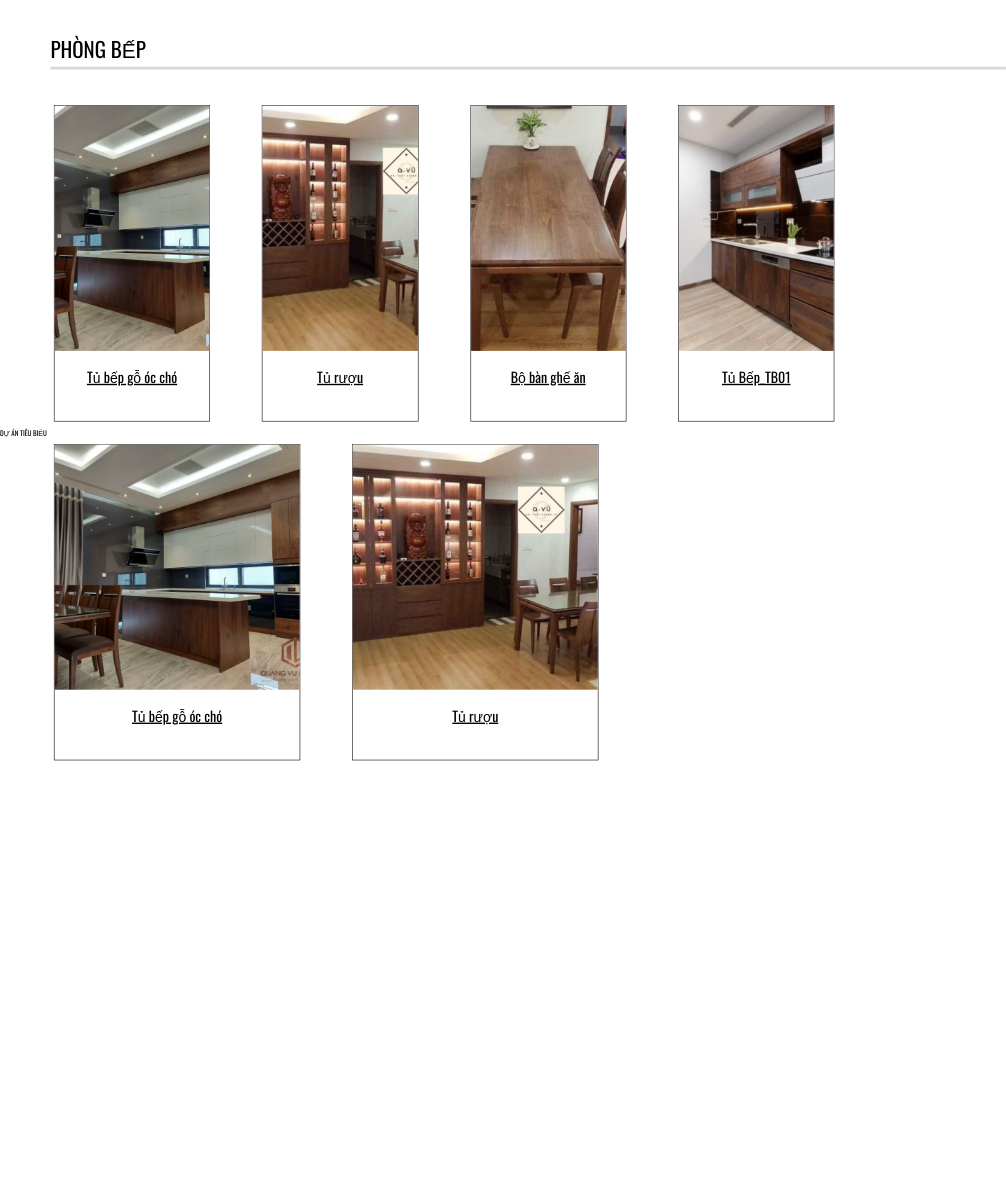
Repository: KHANHD192/FigmaTo-HTML
Page: APP-SHOP/index.html
An editor plug-in stored every save of this project. The page is shown before and after the next save, followed by the edit.
The browser window is 1280 px wide. The page is 1437 px wide, so the pictures cover 1437 px, including what lies to the right of the window. The pictures show the part of the page from y = 1725 to 3445 px (the page is 4376 px tall), at 70% of full size.

Above is the page before, as saved 2022-11-21 17:05:38.

### APP-SHOP/index.html
<!DOCTYPE html>
<html lang="en">
<head>
    <meta charset="UTF-8">
    <meta http-equiv="X-UA-Compatible" content="IE=edge">
    <meta name="viewport" content="width=device-width, initial-scale=1.0">
    <title>APP-SHOP</title>
    <link rel="stylesheet" href="https://cdnjs.cloudflare.com/ajax/libs/normalize/8.0.1/normalize.min.css" integrity="sha512-NhSC1YmyruXifcj/KFRWoC561YpHpc5Jtzgvbuzx5VozKpWvQ+4nXhPdFgmx8xqexRcpAglTj9sIBWINXa8x5w==" crossorigin="anonymous" referrerpolicy="no-referrer" />
    <link rel="stylesheet" href="./asset/Css_main/base.css">
    <link rel="stylesheet" href="./asset/Css_main/main.css">
    <link rel="preconnect" href="https://fonts.googleapis.com">
     <link rel="preconnect" href="https://fonts.gstatic.com" crossorigin>
</head>
<body>
    <div class="app">
         <header class="app__header">
                 <div class="header__nav-bar">
                    <ul class="nav-bar__item">
                        <li>
                            <a href="./index.html" class="nav-bar__item-link">Trang chủ</a>
                        </li>
                        <li>
                            <a href="#" class="nav-bar__item-link">Sản phẩm</a>
                        </li>
                        <li>
                            <a href="./ctdtc.html" class="nav-bar__item-link">Công trình đã thi công</a>
                        </li>
                        <li>
                            <a href="./tintuc.html" class="nav-bar__item-link">Tin tức</a>
                        </li>
                    </ul>
                    <ul class="nav-bar__icon">
                        <li>
                            <img src="./asset/IMG/image 3.png" alt="" class="logo">
                        </li>
                        <li>
                            <img src="./asset/IMG/image 2.png" alt="" class="logo">
                        </li>
                    </ul>
                 </div>
                 <div class="header__background">
                     <img src="./asset/IMG/image 4.png" alt="background">
                 </div>
         </header>
     <div class="app__container">
        <div class="container__collect">
            <div class="collect1">
                <h2 class="title">PHÒNG KHÁCH / SOFA GỖ</h2>
                <ul class="list__item">
                    <li>
                        <div class="wrap__image">
                            <img src="./asset/IMG/image 5.png" alt="" class="item__image">
                        </div>
                        <a href="https://noithatquangvu.vn/san-pham/sofa-go-3/" class="item__image-link">Sofa gỗ 03</a>
                    </li>
                    <li>
                          <div class="wrap__image">
                            <img src="./asset/IMG/image 5 (1).png" alt="" class="item__image">
                          </div>
                        <a href="https://noithatquangvu.vn/san-pham/sofa-go/" class="item__image-link">Sofa gỗ</a>
                    </li>
                    <li>
                         <div class="wrap__image">
                            <img src="./asset/IMG/image 6.png" alt="" class="item__image">
                         </div>
                        <a href="https://noithatquangvu.vn/san-pham/sofa-go-chu-l/" class="item__image-link">Sofa gỗ chữ L</a>
                    </li>
                    <li>
                       <div class="wrap__image">
                        <img src="./asset/IMG/image 6 (1).png" alt="" class="item__image">
                       </div>
                        <a href="https://noithatquangvu.vn/san-pham/bo-sofa-go-oc-cho-ms10/" class="item__image-link">Bộ sofa óc chó</a>
                    </li>

                </ul>
            </div>
            <div class="collect1">
                <h2 class="title">PHÒNG NGỦ</h2>
                <ul class="list__item">
                    <li>
                        <div class="wrap__image">
                            <img src="./asset/IMG/image 5 (2).png" alt="" class="item__image">
                        </div>
                        <a href="https://noithatquangvu.vn/san-pham/giuong-ngu/" class="item__image-link">Giường ngủ M221</a>
                    </li>
                    <li>
                          <div class="wrap__image">
                            <img src="./asset/IMG/image 5 (3).png" alt="" class="item__image">
                          </div>
                        <a href="https://noithatquangvu.vn/san-pham/giuong-ngu-dep/" class="item__image-link">Giường ngủ đẹp</a>
                    </li>
                    <li>
                         <div class="wrap__image">
                            <img src="./asset/IMG/image 5 (4).png" alt="" class="item__image">
                         </div>
                        <a href="https://noithatquangvu.vn/san-pham/giuong-ngu-hien-dai/" class="item__image-link">Giường ngủ hiện đại</a>
                    </li>
                    <li>
                       <div class="wrap__image">
                        <img src="./asset/IMG/image 5 (5).png" alt="" class="item__image">
                       </div>
                        <a href="https://noithatquangvu.vn/san-pham/giuong-tron-dep/" class="item__image-link">Giường tròn đẹp</a>
                    </li>

                </ul>
            </div>
            <div class="collect1">
                <h2 class="title">PHÒNG BẾP</h2>
                <ul class="list__item">
                    <li>
                        <div class="wrap__image">
                            <img src="./asset/IMG/image 5 (6).png" alt="" class="item__image">
                        </div>
                        <a href="https://noithatquangvu.vn/san-pham/tu-bep-go-oc-cho/" class="item__image-link">Tủ bếp gỗ óc chó</a>
                    </li>
                    <li>
                          <div class="wrap__image">
                            <img src="./asset/IMG/image 5 (7).png" alt="" class="item__image">
                          </div>
                        <a href="https://noithatquangvu.vn/san-pham/tu%cc%89-ruo%cc%a3u/" class="item__image-link">Tủ rượu</a>
                    </li>
                    <li>
                         <div class="wrap__image">
                            <img src="./asset/IMG/image 5 (8).png" alt="" class="item__image">
                         </div>
                        <a href="https://noithatquangvu.vn/san-pham/bo%cc%a3-ban-ghe-an/" class="item__image-link">Bộ bàn ghế ăn</a>
                    </li>
                    <li>
                       <div class="wrap__image">
                        <img src="./asset/IMG/image 5 (9).png" alt="" class="item__image">
                       </div>
                        <a href="https://noithatquangvu.vn/san-pham/tu%cc%89-bep-_-ms01/" class="item__image-link">Tủ Bếp_TB01</a>
                    </li>

                </ul>
            </div>
        </div>
        <div class="container__project">
            <div class="project__tiltle">
                <p>DỰ ÁN TIÊU BIỂU</p>
            </div>
            <ul class="list__item">
                <li>
                    <div class="wrap__image">
                        <img src="./asset/IMG/image 5 (6).png" alt="" class="item__image">
                    </div>
                    <a href="https://noithatquangvu.vn/san-pham/tu-bep-go-oc-cho/" class="item__image-link">Tủ bếp gỗ óc chó</a>
                </li>
                <li>
                      <div class="wrap__image">
                        <img src="./asset/IMG/image 5 (7).png" alt="" class="item__image">
                      </div>
                    <a href="https://noithatquangvu.vn/san-pham/tu%cc%89-ruo%cc%a3u/" class="item__image-link">Tủ rượu</a>
                </li>

            </ul>
        </div>
     </div>
     <footer class="app__footer">

     </footer>
    </div>
</body>
</html>

### APP-SHOP/asset/Css_main/base.css
@import url('https://fonts.googleapis.com/css2?family=Oswald&family=Roboto:wght@100&display=swap');
/* header */
html{
    font-size: 62.5%;
    box-sizing: border-box;
    font-family: 'Oswald', sans-serif;
}
.app{
    max-width: 1800px;
}
.app__header{

}
.header__nav-bar{
      display: flex;
      justify-content: space-between;
      height: 60px;
      background-color: #3C1700;;
}
.nav-bar__item {
    width: 603px;
    height: 30px;
    list-style: none;
    display: flex;
    font-family: 'Oswald', sans-serif;
    font-size: 20px;
    line-height: 29.64px;
    margin-top: 15px;
    margin-bottom: 15px ;
    margin-left: 63px;
}
.nav-bar__item-link{
    text-decoration: none;
    color: #FFFFFF;
    margin-right: 28px;
}
.header__nav-bar:not(:last-child){
    margin-right: 0;
}
.nav-bar__icon{
    list-style: none;
    display: flex;
    margin-top: 15px;
    margin-bottom: 15px ;
    margin-right: 15px;
}
.logo{
    width: 30px;
    height: 30px;
}
.logo:last-child{
    margin-left: 22px;
}
.header__background{
    width:100%;
    height: 420px;
}
.header__background img{
    width: 100%;
    height: 100%;
    object-fit: cover;
}
/* footer */

### APP-SHOP/asset/Css_main/main.css
.app__container{
 max-width: 1800px;
    height: 3835px;
}
.collect1 h2{
    width: 285px;
    height: 42px;
    font-family: 'Oswald', sans-serif;
    font-weight: 400;
    font-size: 30px;
    line-height: 44.46px;
    color: #000000;
    position: relative;
    margin-top: 61px;
    margin-bottom: 61px;
    margin-left: 72px;
}
.collect1 h2::after{
    content: "";
    position: absolute;
    width: 1365px;
    height: 4px;
    background-color: #D9D9D9;
    left:0;
    bottom: -10px;

}
.collect1 .list__item{
    list-style: none;
    display: flex;
    margin-left:77px;
    margin-right: 88px;
    padding-left: 0;
}
.list__item li {
   max-width: 350px;
    height: 450px;
    border:  1px solid #332F2F;
    margin-right: 74px;
}
.list__item li:last-child{
    margin-right: 0;
}
li .wrap__image{
   max-width: 350px;
    height: 350px;
}
.item__image-link{
    display: block;
    max-width:100%;
    height: 63px;
    font-size: 20px;
    font-weight: 400;
    line-height: 44.46px;
   text-align: center;
   padding-top: 1.5rem;
    color: #000000;
}
li .wrap__image img{
    width: 100%;
    height: 100%;
    object-fit: cover;
}
.container__project .list__item{
    list-style: none;
    display: flex;
    margin-left:77px;
    margin-right: 88px;
    padding-left: 0;
}

After the next save:
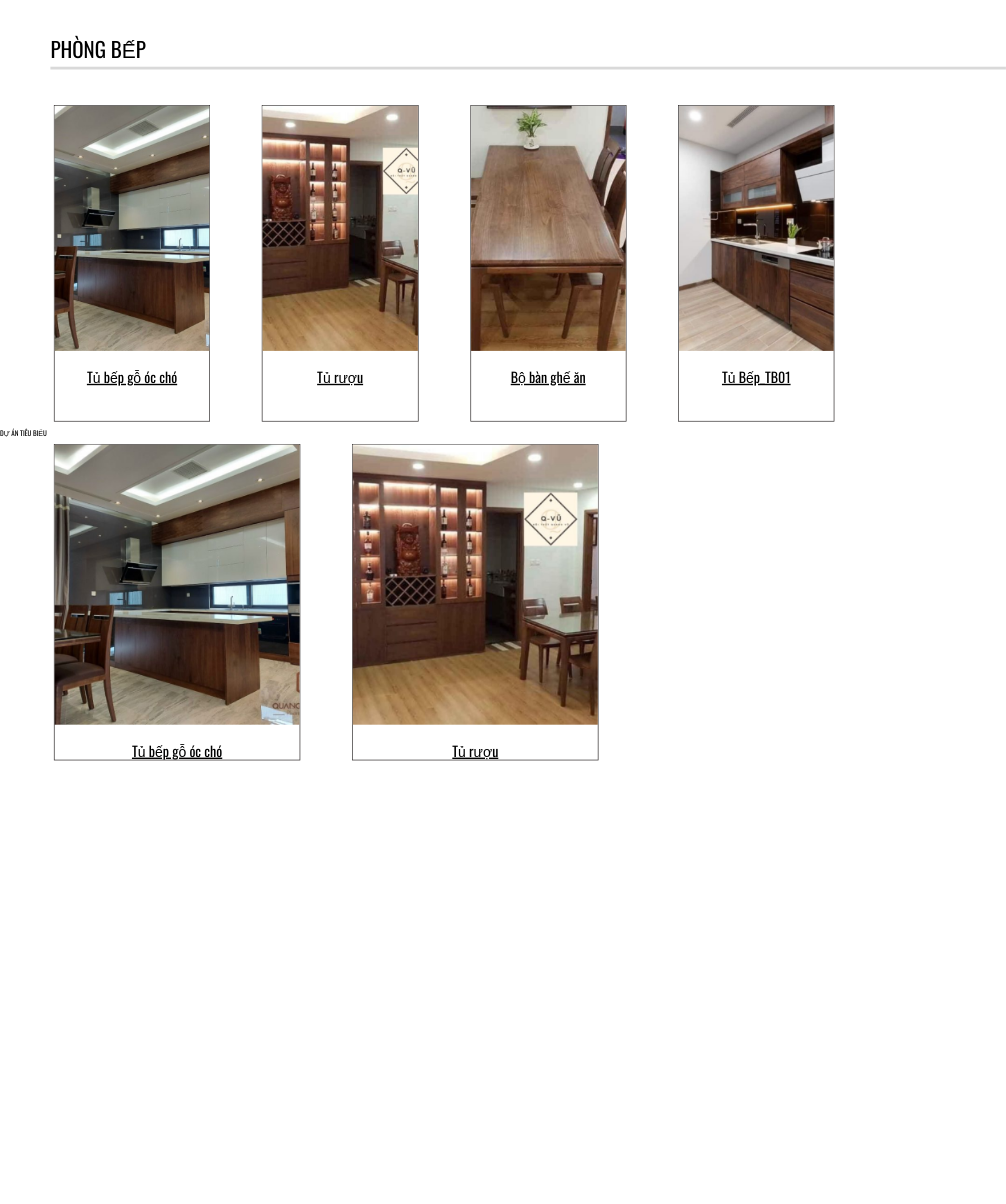
Saved 81 s later.
--- a/APP-SHOP/asset/Css_main/main.css
+++ b/APP-SHOP/asset/Css_main/main.css
@@ -68,3 +68,7 @@ li .wrap__image img{
     margin-right: 88px;
     padding-left: 0;
 }
+.container__project .list__item .wrap__image{
+    max-width: 700px;
+    height: 400px;
+}

After the 2 saves that followed:
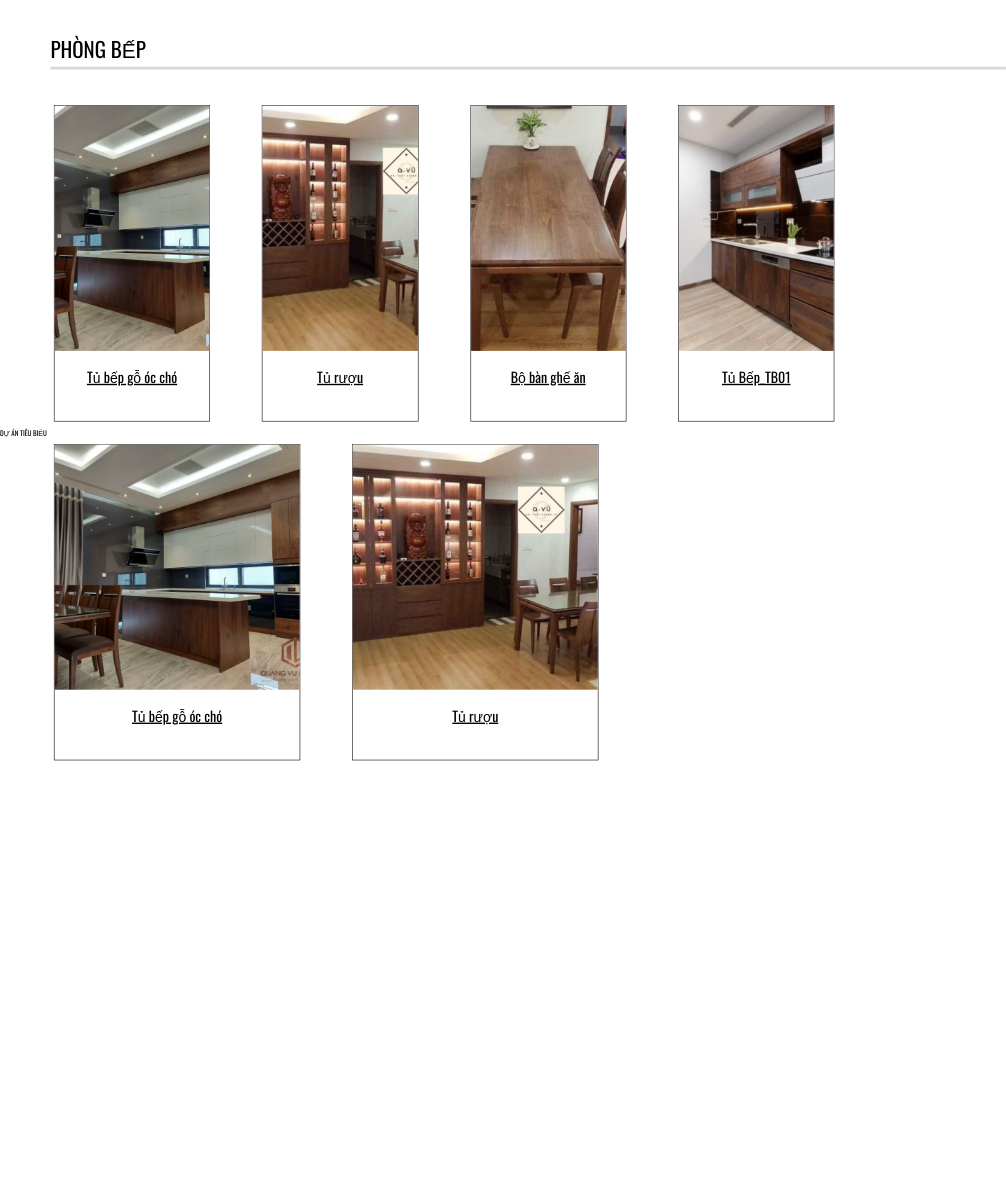
The 2 saves are shown as one change because 1 left the picture as it was.
The last was saved 3 min 28 s later.
--- a/APP-SHOP/asset/Css_main/main.css
+++ b/APP-SHOP/asset/Css_main/main.css
@@ -68,7 +68,3 @@ li .wrap__image img{
     margin-right: 88px;
     padding-left: 0;
 }
-.container__project .list__item .wrap__image{
-    max-width: 700px;
-    height: 400px;
-}
